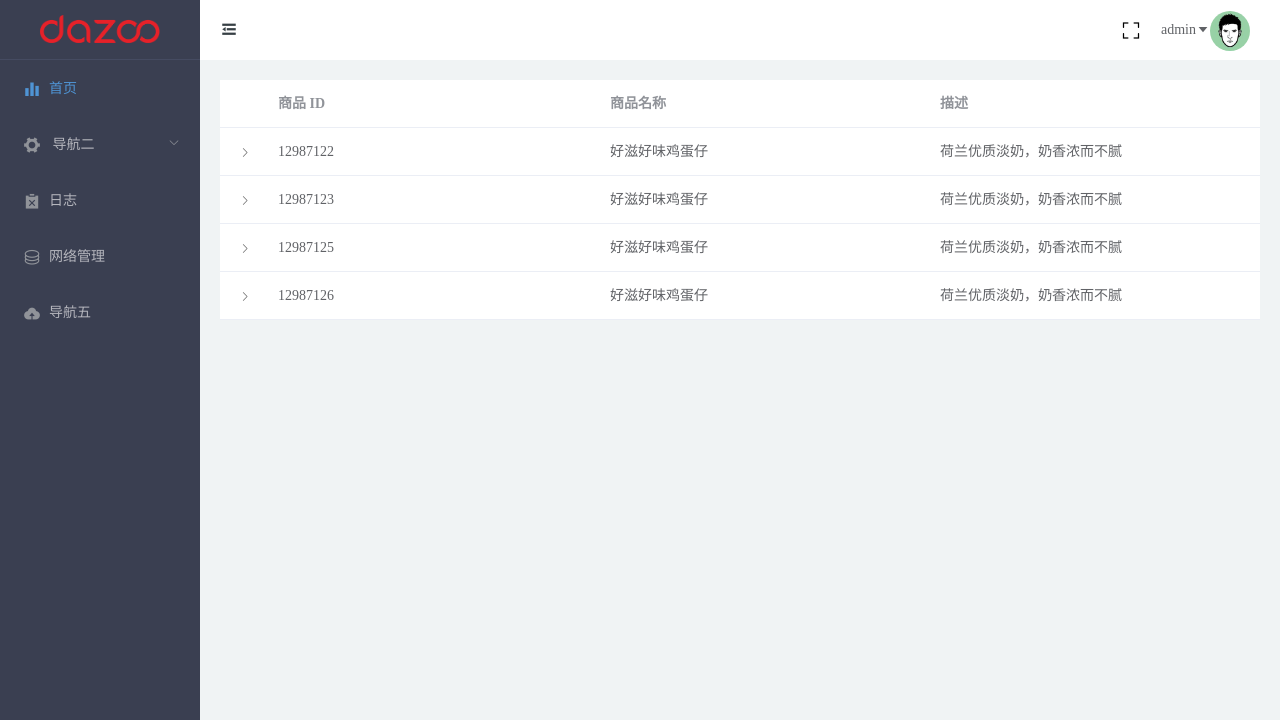
Repository: TomGodb/dazoo-admin
Page: /#/Home
The author's editor kept a copy of each file at every save. The page is drawn from the files as they stood at one save, then again after the next save.
The browser window is 1280 px wide. The pictures show the whole page.
The project was rebuilt for these pictures with package versions that can differ from the ones it lists, and the page was loaded fresh each time. Also part of the build but not shown: vue.config.js, src/components/SlideVerify/index.vue, src/utils/request.js, src/views/login/http.js, src/views/login/index.vue.

Above is the page before, as saved 2021-01-23 14:04:02.

After the next save:
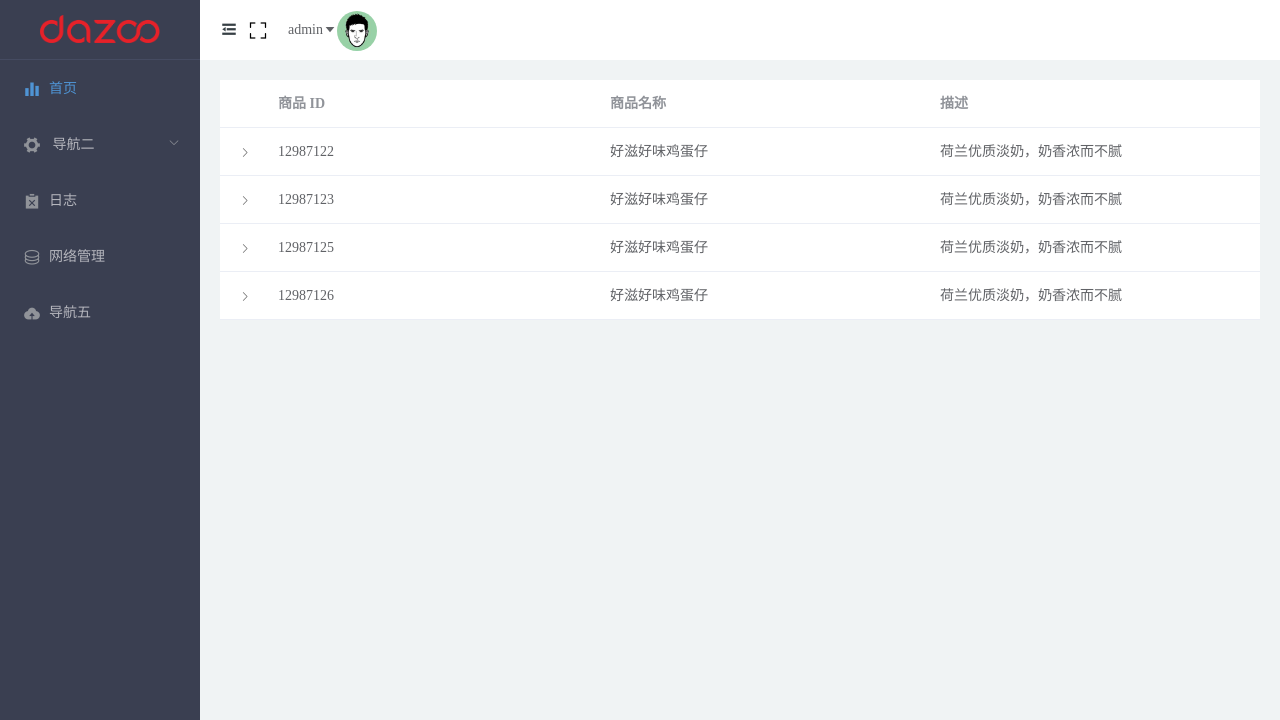
Saved 14 s later.
--- a/src/Home/Header/index.vue
+++ b/src/Home/Header/index.vue
@@ -44,10 +44,11 @@
   font-size: 18px;
   color: #363f44;
   cursor: pointer;
-}
-}
-.sideCollapse-right {
+  & .sideCollapse-right {
   float: right;
   padding: 0px 20px 0px 0px;
 }
+}
+}
+
 </style>

After the save that followed:
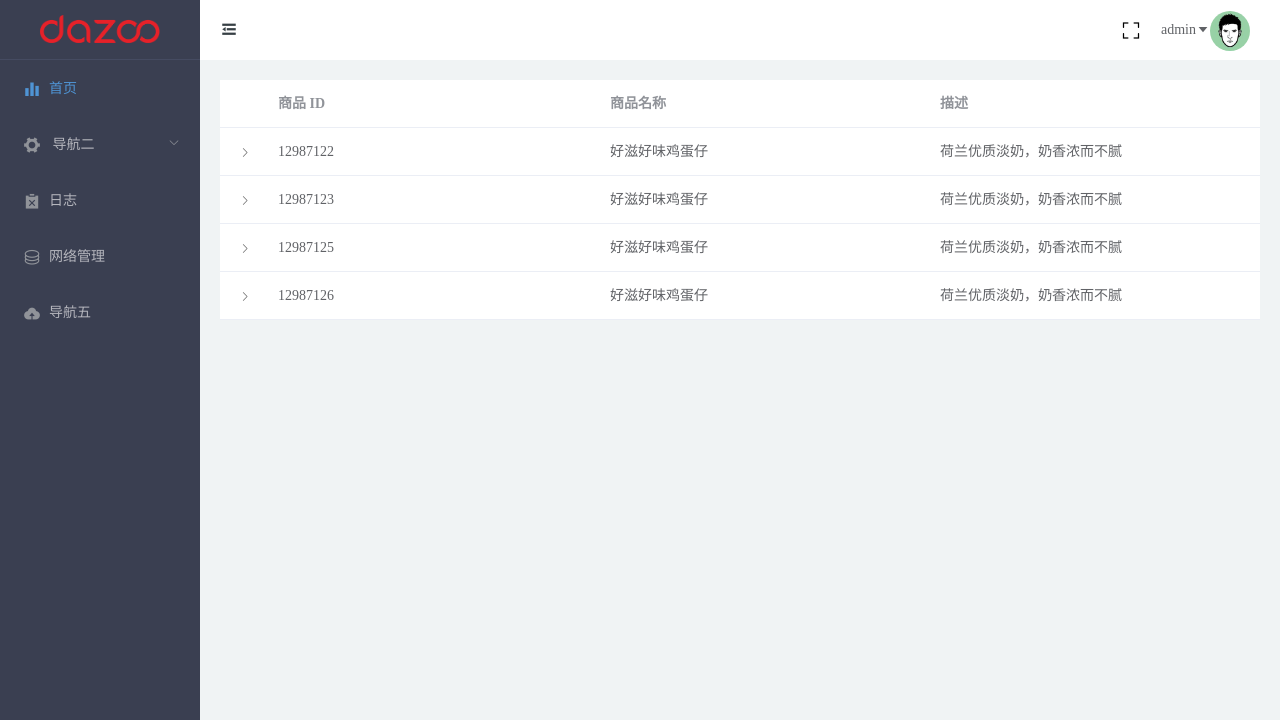
Saved 9 s later.
--- a/src/Home/Header/index.vue
+++ b/src/Home/Header/index.vue
@@ -33,22 +33,21 @@
 };
 </script>
 <style lang="less" scoped>
-
 .sideCollapse {
   background-color: white;
   line-height: 60px;
   height: 100%;
   & .sideCollapse-left {
-  padding: 0px 0px 0px 20px;
-  float: left;
-  font-size: 18px;
-  color: #363f44;
-  cursor: pointer;
+    padding: 0px 0px 0px 20px;
+    float: left;
+    font-size: 18px;
+    color: #363f44;
+    cursor: pointer;
+
+  }
   & .sideCollapse-right {
-  float: right;
-  padding: 0px 20px 0px 0px;
+      float: right;
+      padding: 0px 20px 0px 0px;
+    }
 }
-}
-}
-
 </style>
